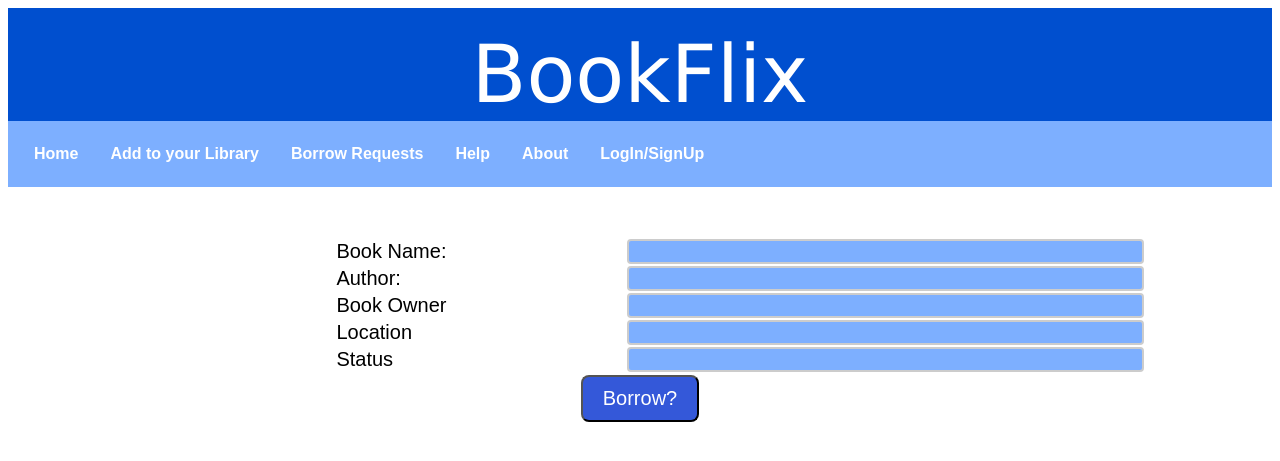
Repository: dan-10/Deloitte
Page: http://localhost/BookFlix/WEB-INF/views/status.jsp
These files come from the project's save history. The page is drawn as it stood at one moment and after the next save; the edit follows.
The browser window is 1280 px wide. The pictures show the whole page.
The page is served by Tomcat 9. Nobody is signed in. Other server files are loaded and not shown. The template is opened directly, without the code that normally fills it, so the values that code supplies are empty.

Above is the page before, as saved 2019-08-09 04:55:18.

### DeloitteTrainig/Final Project BookFlix/BookFlix/src/main/webapp/WEB-INF/views/status.jsp

<%@ page language="java" contentType="text/html; charset=ISO-8859-1"
    pageEncoding="ISO-8859-1"%>
<%@ taglib uri="http://www.springframework.org/tags/form" prefix="f" %>
<%@ taglib uri="http://java.sun.com/jsp/jstl/core" prefix="c" %>

<!DOCTYPE html>
<html>
	<head>
		<meta charset="ISO-8859-1">
		<title>BookFlix</title>
		<style type="text/css"><%@include file="/WEB-INF/views/styles/homeStyles.css" %></style>
		<style>

	.AddBookForm {
	grid-area: AddBookForm;
	font-family: Arial;
	font-size: 20px;
	font-weight: lighter;
	padding-top: 50px;
	text-align: center;
	}

	.butn {
  -webkit-border-radius: 8;
  -moz-border-radius: 8;
  border-radius: 8px;
  font-family: Arial;
  color: #ffffff;
  font-size: 20px;
  background: #3458d9;
  padding: 10px 20px 10px 20px;
  text-decoration: none;
}

.butn:hover {
  background: #6672de;
  text-decoration: none;
}

.td1{

	width: 20%;
	padding-left: 200px;

}

.td {
  color: white;
  width: 25%;
  box-sizing: border-box;
  border: 2px solid #ccc;
  border-radius: 4px;
  font-size: 16px;
  background-color: #7dafff;
  padding-bottom: 10px;
  padding-top:10px;
  padding-left:12px;

}
		</style>
	</head>

	<body>
		<div class="grid-container">
		  <div class="Header">
		  	<div class="heading">
		  		<center>BookFlix</center>
		  	</div>
		  </div>
		  <div class="Navigation">
			<div class="navbar">
				<a href="/home">Home</a>
				<a href="/addBook">Add to your Library</a>
				<a href="/borrow">Borrow Requests</a>
				<a href="/help">Help</a>
				<a href="/about">About</a>
				<a href="/validate">LogIn/SignUp</a>
				<c:if test="${!empty userName}">
					<div class="dropdown">
						<button class="dropbtn">${userName}
							<i class="fa fa-caret-down"></i>
						</button>
						<div class="dropdown-content">
							<a href="/myBooks">My Library</a>
							<a href="/logout">LogOut</a>
						</div>
					</div>
				</c:if>
			</div>
		  </div>
		  </div>

		 <!-- Book and user details area  -->
		 <div class="AddBookForm">
				<center>

					<f:form>
						<table width="80%">
							<tr>
								<td class = "td1">Book Name:</td>
								<td class = "td">${bookname}</td>
							</tr>

							<tr>
								<td class = "td1">Author:</td>
								<td class = "td">${author}</td>
							</tr>
							<tr>
								<td class = "td1">Book Owner</td>
								<td class = "td">${owner}</td>
							</tr>
							<tr>
								<td class = "td1">Location</td>
								<td class = "td">${location}</td>
							</tr>
							<tr>
								<td class = "td1">Status</td>
								<td class = "td">${status}</td>
							</tr>
							<tr>
								<td colspan="2" align="center"><button type ="submit" value = "Add Book" class="butn">Borrow?</button></td>
							</tr>
						</table>
					</f:form>
				</center>
			</div>
	</body>
</html>

### DeloitteTrainig/Final Project BookFlix/BookFlix/src/main/webapp/WEB-INF/views/styles/homeStyles.css
.grid-container {
	grid-template-rows: repeat(auto-fill, minmax(100px, 1fr));
	display: grid;
	grid-template-columns: 1fr 1fr 1fr 1fr 1fr 1fr 1fr 1fr 1fr 1fr 1fr 1fr;
	grid-template-areas: "Header Header Header Header Header Header Header Header Header Header Header Header" "Header Header Header Header Header Header Header Header Header Header Header Header" "Navigation Navigation Navigation Navigation Navigation Navigation Navigation Navigation Navigation Navigation Navigation Navigation" ". SearchPanel SearchPanel SearchPanel SearchPanel SearchPanel SearchPanel SearchPanel SearchPanel SearchPanel SearchPanel ." ". SearchResults SearchResults SearchResults SearchResults SearchResults SearchResults SearchResults SearchResults SearchResults SearchResults ." ". SearchResults SearchResults SearchResults SearchResults SearchResults SearchResults SearchResults SearchResults SearchResults SearchResults ." ". SearchResults SearchResults SearchResults SearchResults SearchResults SearchResults SearchResults SearchResults SearchResults SearchResults ." ". SearchResults SearchResults SearchResults SearchResults SearchResults SearchResults SearchResults SearchResults SearchResults SearchResults ." ". . . . . . . . . . . ." ". . . . . . . . . . . ." ". . . . . . . . . . . .";
}

.Header {
	grid-area: Header;
	background-color: #004fcf;
	font-family: Arial;
	color: #ffffff;
}

.Navigation {
	grid-area: Navigation;
	background-color: #7dafff;
	font-family: Arial;
	color: #ffffff;
	font-size: large;
	padding-top: 10px;
	padding-left: 10px;
	padding-right: 10px;
	padding-bottom: 10px;
}

.SearchPanel {
	grid-area: SearchPanel;
	font-family: Arial;
	font-size: 20px;
	padding-top: 20px;
}

.SearchResults {
	grid-area: SearchResults;
	font-family: Arial;
	font-size: 18px;
	font-weight: lighter;
}

.butn {
  -webkit-border-radius: 8;
  -moz-border-radius: 8;
  border-radius: 8px;
  font-family: Arial;
  color: #ffffff;
  font-size: 20px;
  background: #3458d9;
  padding: 10px 20px 10px 20px;
  text-decoration: none;
}

.butn:hover {
  background: #6672de;
  text-decoration: none;
}

input[type=text] {
  width: 50%;
  box-sizing: border-box;
  border: 2px solid #ccc;
  border-radius: 4px;
  font-size: 16px;
  background-color: white;
  padding: 12px 20px 12px 40px;
}

input[type=text]:focus {
  width: 100%;
  box-sizing: border-box;
  border: 2px solid #ccc;
  border-radius: 4px;
  font-size: 16px;
  background-color: white;
  padding: 12px 20px 12px 40px;
}

.heading{
	font-family: Verdana;
	font-size: 80px;
	font-weight: lighter;
	padding-top: 20px;
}

.b1{
	font-family: Verdana;
	font-size: 40px;
	font-weight: lighter;
	padding-top: 50px;
}

.b2{
	font-family: Verdana;
	font-size: 10px;
	font-weight: lighter;
	padding-top: 20px;
}

body {
  font-family: Arial, Helvetica, sans-serif;
}

.navbar {
  overflow: hidden;
  background-color: #7dafff;
  font-weight: bold;
}

.navbar a {
  float: left;
  font-size: 16px;
  color: white;
  text-align: center;
  padding: 14px 16px;
  text-decoration: none;

}

.dropdown {
  float: left;
  overflow: hidden;
}

.dropdown .dropbtn {
  font-size: 16px;
  border: none;
  outline: none;
  color: white;
  padding: 14px 16px;
  background-color: inherit;
  font-family: inherit;
  margin: 0;
}

.navbar a:hover, .dropdown:hover .dropbtn {
  background-color: #3458d9;
}

.dropdown-content {
  display: none;
  position: absolute;
  background-color: #f9f9f9;
  min-width: 160px;
  box-shadow: 0px 8px 16px 0px rgba(0,0,0,0.2);
  z-index: 1;
}

.dropdown-content a {
  float: none;
  color: black;
  padding: 12px 16px;
  text-decoration: none;
  display: block;
  text-align: left;
}

.dropdown-content a:hover {
  background-color: #ddd;
}

.dropdown:hover .dropdown-content {
  display: block;
}

After the next save:
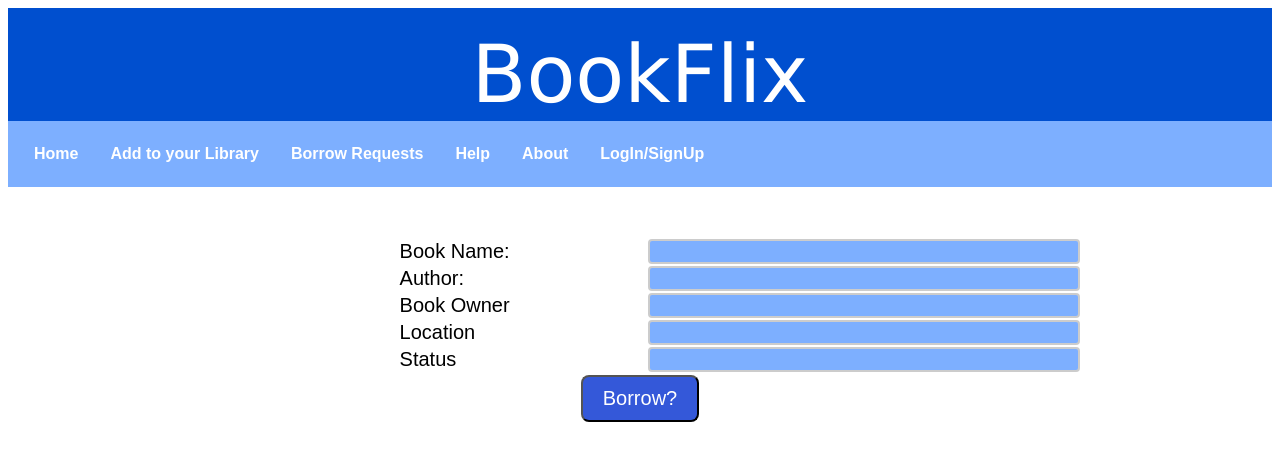
Saved 63 s later.
--- a/DeloitteTrainig/Final Project BookFlix/BookFlix/src/main/webapp/WEB-INF/views/status.jsp
+++ b/DeloitteTrainig/Final Project BookFlix/BookFlix/src/main/webapp/WEB-INF/views/status.jsp
@@ -96,7 +96,7 @@
 				<center>
 
 					<f:form>
-						<table width="80%">
+						<table width="70%">
 							<tr>
 								<td class = "td1">Book Name:</td>
 								<td class = "td">${bookname}</td>
@@ -118,7 +118,7 @@
 								<td class = "td1">Status</td>
 								<td class = "td">${status}</td>
 							</tr>
-							<tr>
+							<tr >
 								<td colspan="2" align="center"><button type ="submit" value = "Add Book" class="butn">Borrow?</button></td>
 							</tr>
 						</table>
